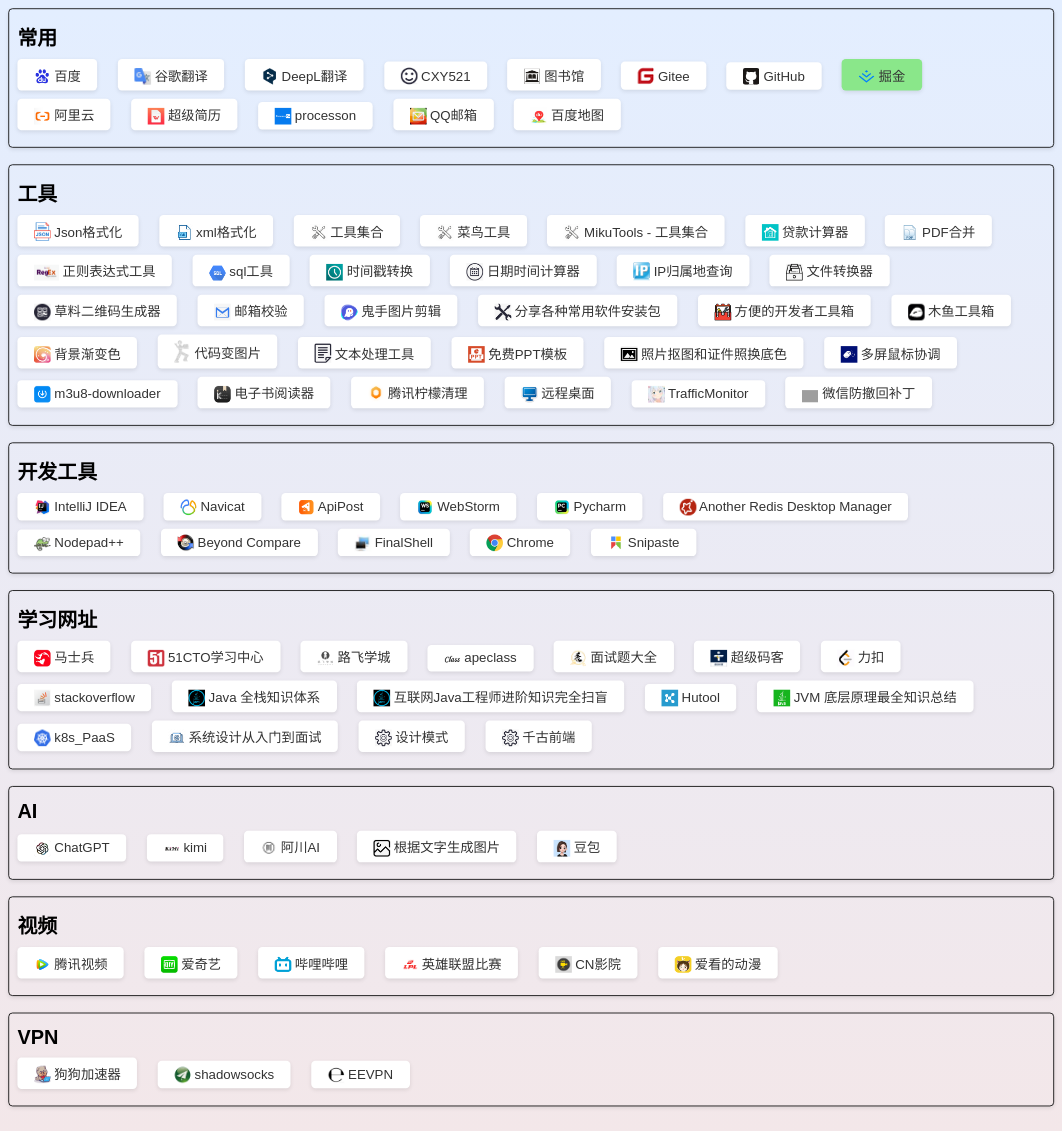
Repository: lukezhao6/page
Page: index.html
An editor plug-in stored every save of this project. The page is shown before and after the next save, followed by the edit.
The browser window is 1280 px wide. The pictures show the whole page, at 83% of full size.
Pictures or frames that could not be fetched are drawn as grey boxes.

Above is the page before, as saved 2024-05-11 18:02:47.

After the next save:
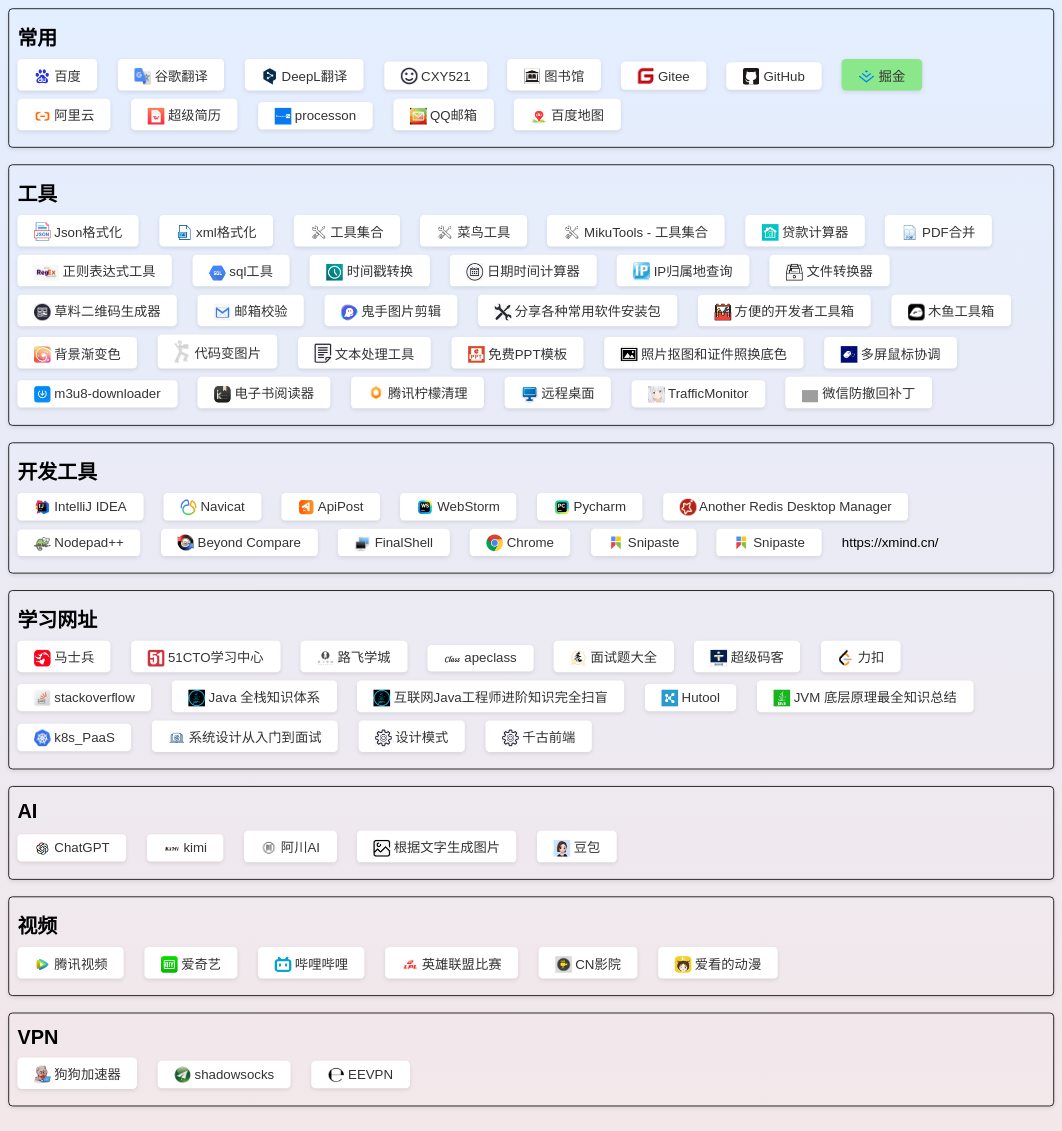
Saved 4 days later.
--- a/index.html
+++ b/index.html
@@ -362,6 +362,12 @@
                     <img src="./img/Snipaste.jpg" alt="Snipaste" class="logo" width="20" />
                     Snipaste
                 </a>
+                <a href="https://www.snipaste.com/" target="_blank" class="tag" title="一个免费的屏幕截图工具">
+                    <img src="./img/Snipaste.jpg" alt="Snipaste" class="logo" width="20" />
+                    Snipaste
+                </a>
+
+                https://xmind.cn/
             </div>
             <div class="tag-group">
                 <h2>学习网址</h2>
